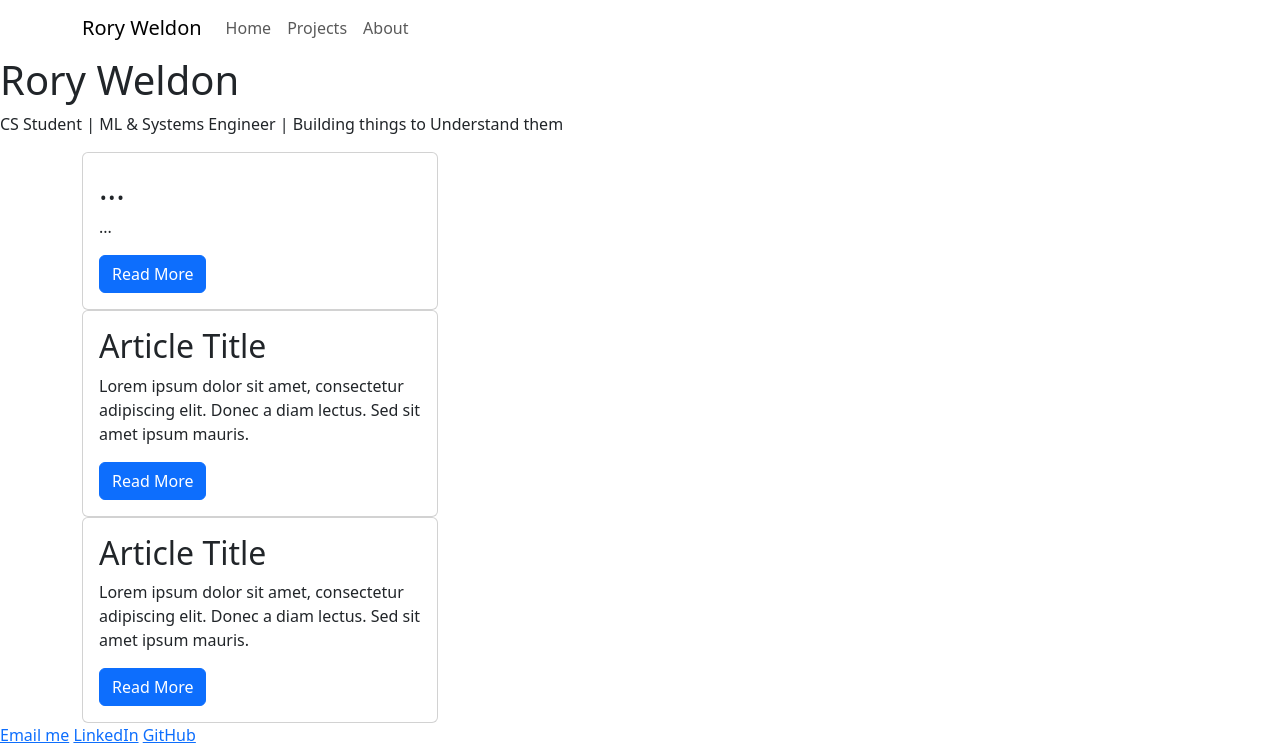
Repository: Art3misF0wl90/Portfolio
Page: index.html
These files come from the project's save history. The page is drawn as it stood at one moment and after the next save; the edit follows.
The browser window is 1280 px wide. The pictures show the whole page.

Above is the page before, as saved 2026-06-17 19:30:05.

After the next save:
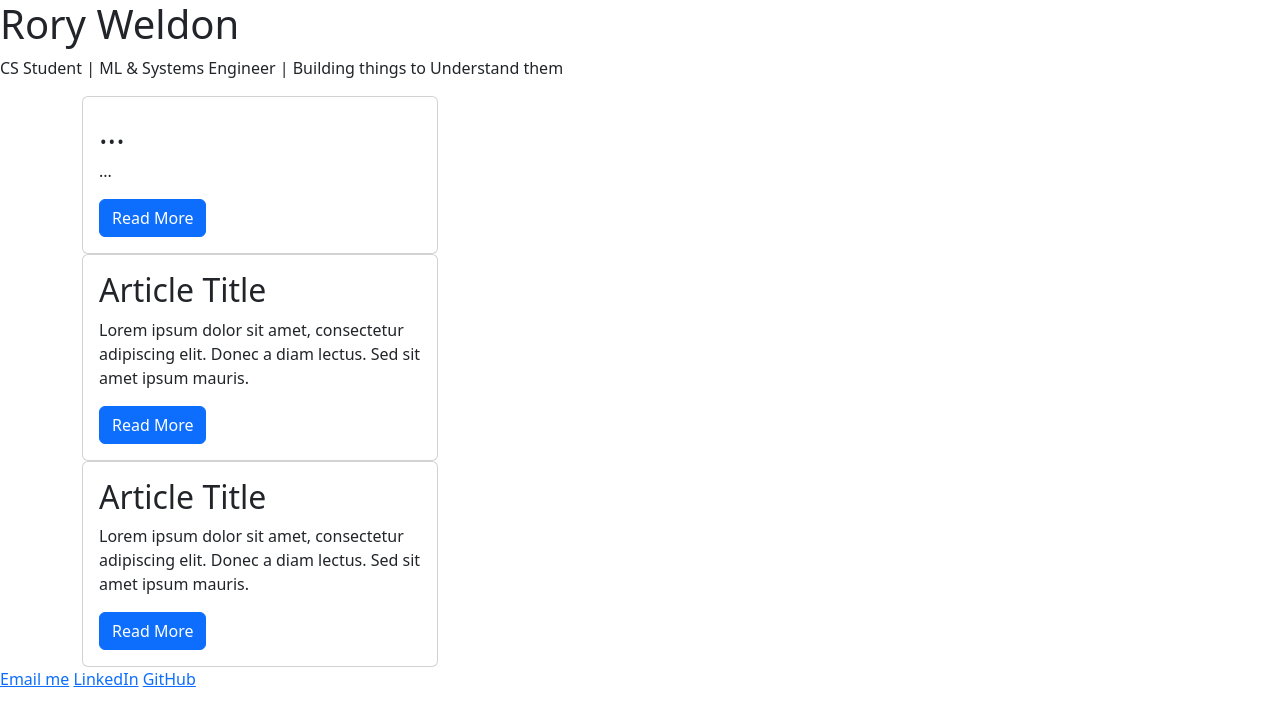
Saved 13 s later.
--- a/index.html
+++ b/index.html
@@ -16,38 +16,7 @@
   <!-- this is the main content area -->
   <body>
     <!-- Navigation bar -->
-    <nav class="navbar navbar-expand-lg">
-      <!-- bar + collapse-below-lg -->
-      <div class="container">
-        <!-- cap/center contents -->
-        <a class="navbar-brand" href="index.html">Rory Weldon</a>
-        <button
-          class="navbar-toggler"
-          type="button"
-          data-bs-toggle="collapse"
-          data-bs-target="#navLinks"
-          aria-controls="navLinks"
-          aria-expanded="false"
-          aria-label="Toggle navigation"
-        >
-          <span class="navbar-toggler-icon"></span>
-        </button>
-        <div class="collapse navbar-collapse" id="navLinks">
-          <!-- toggle target -->
-          <ul class="navbar-nav">
-            <li class="nav-item">
-              <a class="nav-link" href="index.html">Home</a>
-            </li>
-            <li class="nav-item">
-              <a class="nav-link" href="projects.html">Projects</a>
-            </li>
-            <li class="nav-item">
-              <a class="nav-link" href="about.html">About</a>
-            </li>
-          </ul>
-        </div>
-      </div>
-    </nav>
+
 
     <!-- Header content -->
     <header>
